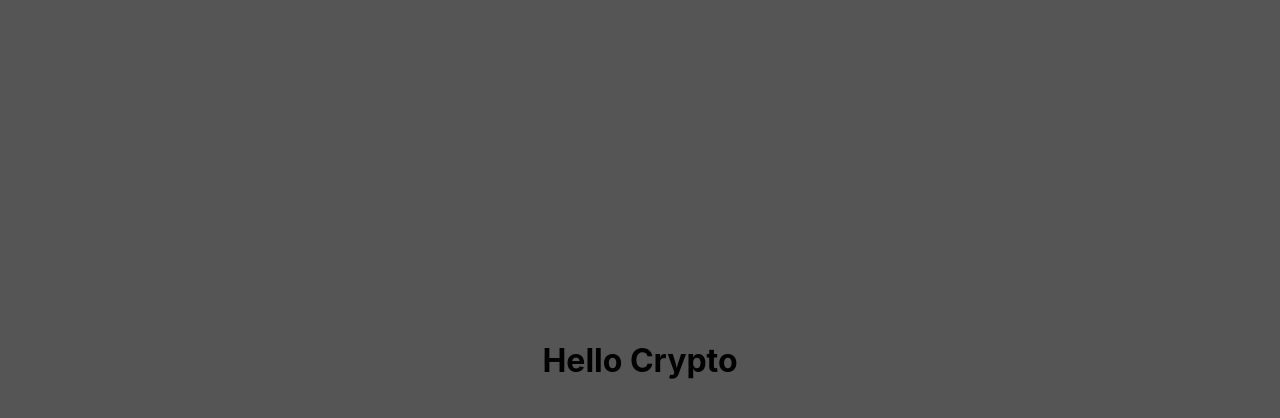
Repository: mohamedabueldahab10/Cryptocurrency
Page: /
These files come from the project's save history. The page is drawn as it stood at one moment and after the next save; the edit follows.
The browser window is 1280 px wide. The pictures show the whole page.
The project was rebuilt for these pictures with package versions that can differ from the ones it lists, and the page was loaded fresh each time.

Above is the page before, as saved 2023-09-10 14:17:20.

After the next save:
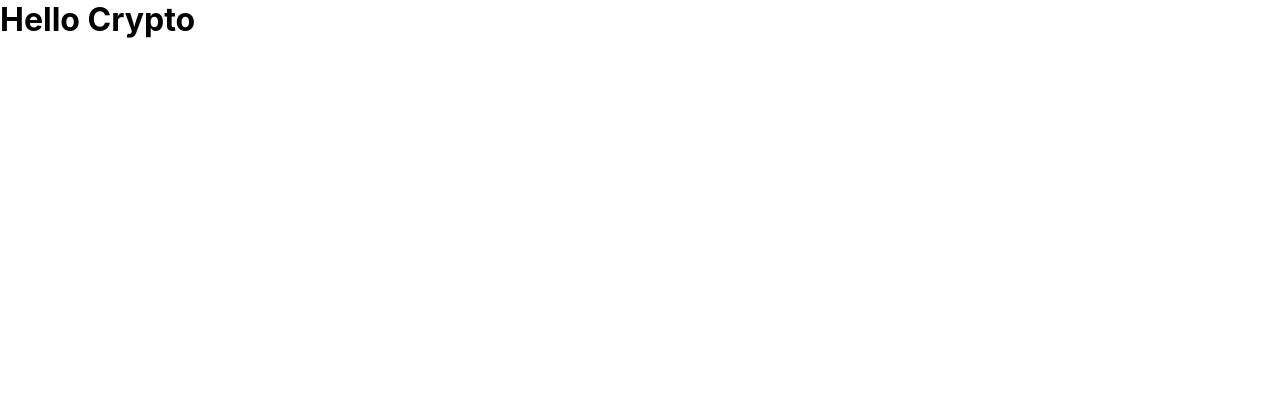
Saved 12 s later.
--- a/src/App.js
+++ b/src/App.js
@@ -2,7 +2,7 @@ import "./App.css";
 
 function App() {
   return (
-    <div className="App">
+    <div>
       <h1>Hello Crypto</h1>
     </div>
   );
